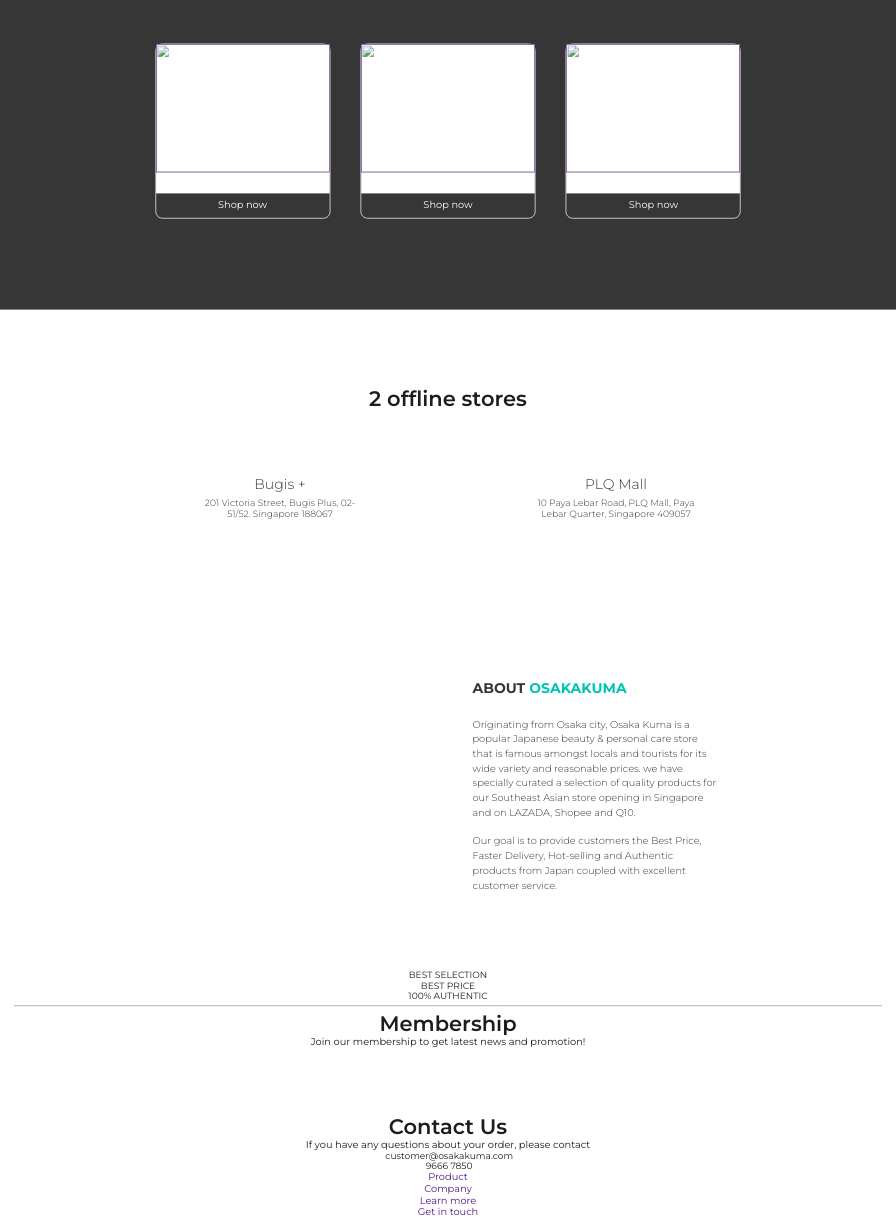
Repository: wendylw/osakakuma-landing
Page: index.html
These files come from the project's save history. The page is drawn as it stood at one moment and after the next save; the edit follows.
The browser window is 1280 px wide. The pictures show the part of the page from y = 1085 to 3005 px (the page is 2825 px tall before and 3005 px after), at 70% of full size.
The style sheet was rebuilt from its Sass, Less or Tailwind sources for each picture, by a compiler version that may differ from the author's.

Above is the page before, as saved 2021-03-04 03:34:28.

After the next save:
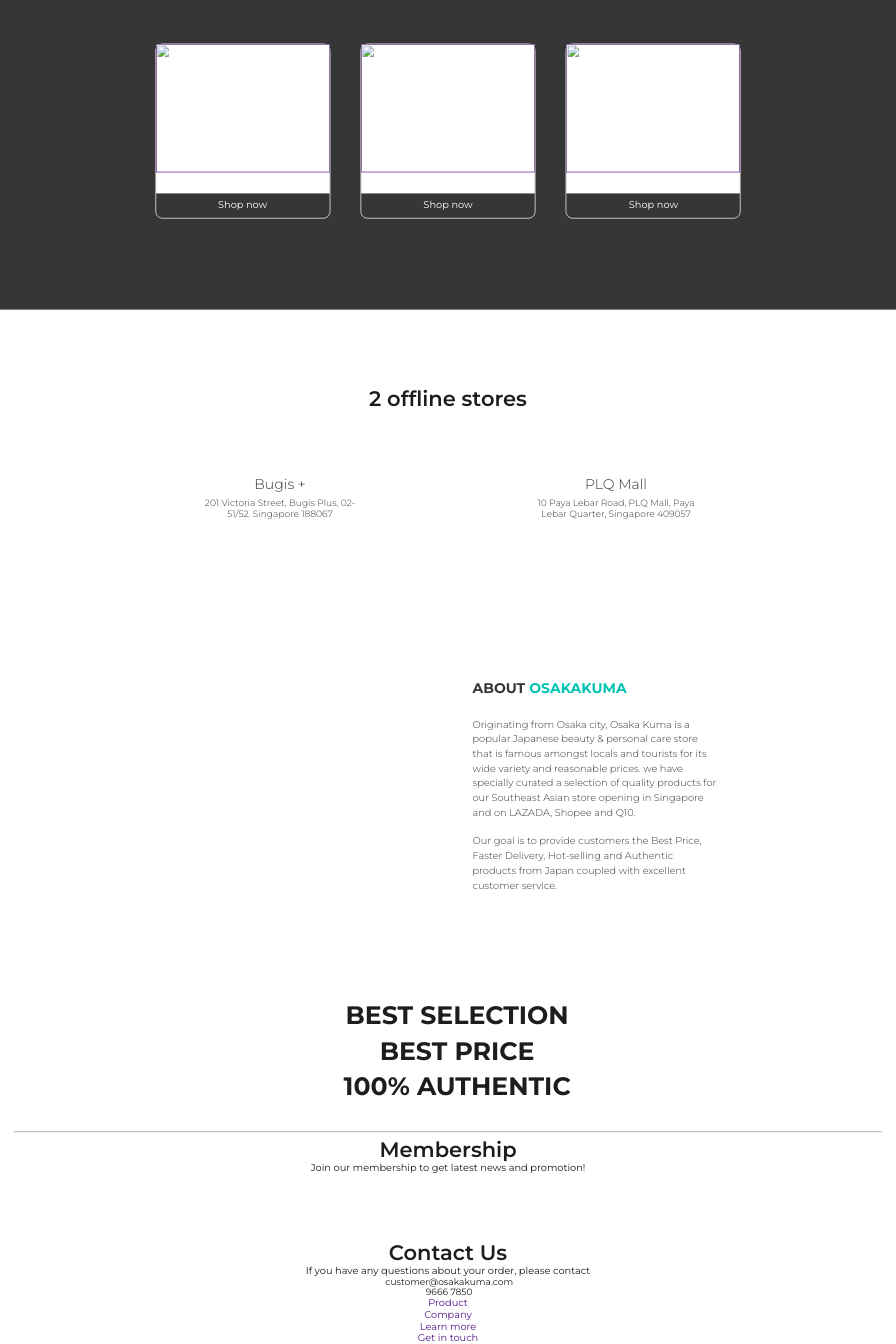
Saved 16 s later.
--- a/index.html
+++ b/index.html
@@ -168,14 +168,14 @@
     <!-- membership -->
     <section class="membership">
       <div class="container text-center">
-        <ul>
-          <li>
+        <ul class="online-store__advantages">
+          <li class="online-store__advantages-item">
             <span>BEST SELECTION</span>
           </li>
-          <li>
+          <li class="online-store__advantages-item">
             <span>BEST PRICE</span>
           </li>
-          <li>
+          <li class="online-store__advantages-item">
             <span>100% AUTHENTIC</span>
           </li>
         </ul>
